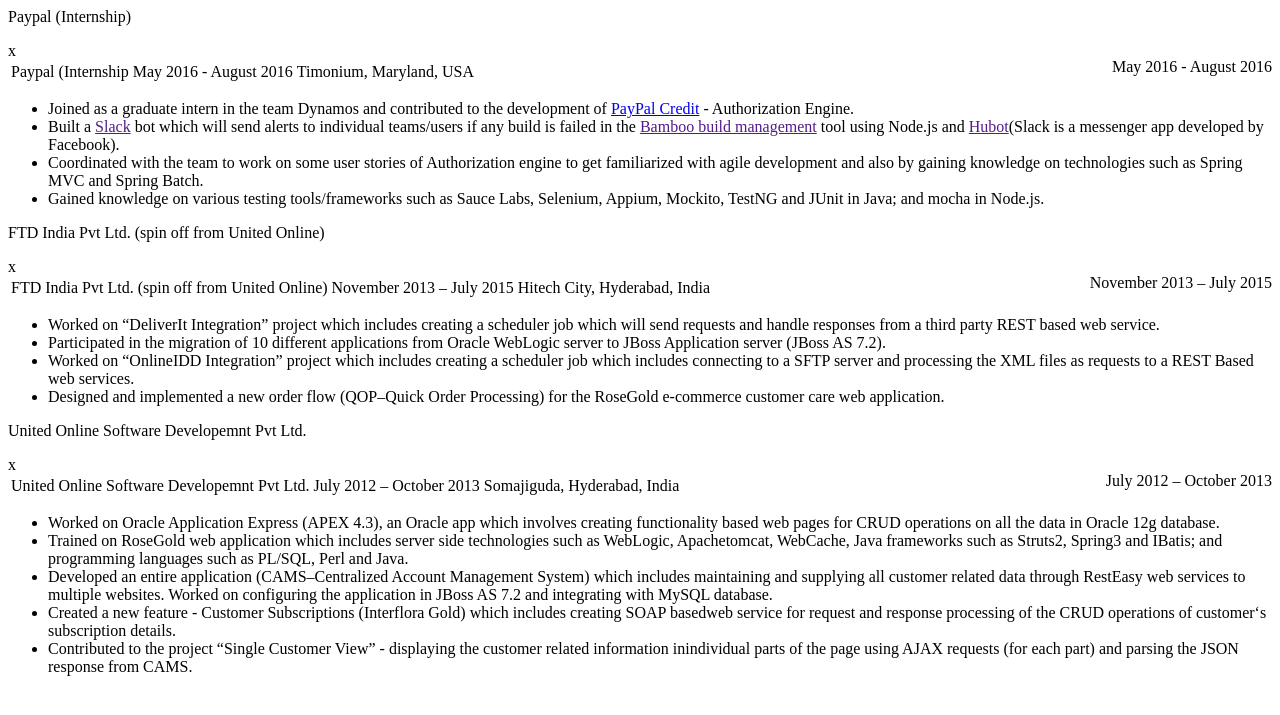
Repository: phanindrakannaji/Resume
Page: http://localhost/application/pages/experience.php
An editor plug-in stored every save of this project. The page is shown before and after the next save, followed by the edit.
The browser window is 1280 px wide. The pictures show the whole page.
The page is run by PHP 8.4 with error messages shown; the project is at /var/www/html/.

Above is the page before, as saved 2016-09-25 17:08:28.
Console error: ReferenceError: $ is not defined

### Resume/application/pages/experience.php
<script type="text/javascript"
	src="../resources/scripts/refreshScript.js"></script>
<div class="divExperience customfont2">
	<div class="divExperienceHeading">
		<p class="expHeading">Paypal (Internship)</p>
		<p class="expHeadingContent" style="float: right;">May 2016 - August
			2016</p>
	</div>
	<div class="divExperienceWork modal">
		<div class="modal-content">
			<span class="close">x</span>
			<table>
				<tr>
					<td>Paypal (Internship</td>
					<td>May 2016 - August 2016</td>
					<td>Timonium, Maryland, USA</td>
				</tr>
			</table>
			<ul>
				<li>Joined as a graduate intern in the team Dynamos and contributed
					to the development of <a
					href="https://en.wikipedia.org/wiki/PayPal_Credit" target="blank">PayPal
						Credit</a> - Authorization Engine.
				</li>
				<li>Built a <a href="" target="blank">Slack</a> bot which will send
					alerts to individual teams/users if any build is failed in the <a
					href="" target="blank">Bamboo build management</a> tool using
					Node.js and <a href="" target="blank">Hubot</a>(Slack is a
					messenger app developed by Facebook).
				</li>
				<li>Coordinated with the team to work on some user stories of
					Authorization engine to get familiarized with agile development and
					also by gaining knowledge on technologies such as Spring MVC and
					Spring Batch.</li>
				<li>Gained knowledge on various testing tools/frameworks such as
					Sauce Labs, Selenium, Appium, Mockito, TestNG and JUnit in Java;
					and mocha in Node.js.</li>
			</ul>
		</div>
	</div>
</div>

<div class="divExperience customfont2">
	<div class="divExperienceHeading">
		<p class="expHeading">FTD India Pvt Ltd. (spin off from United Online)</p>
		<p class="expHeadingContent" style="float: right;">November 2013 –
			July 2015</p>
	</div>
	<div class="divExperienceWork modal">
		<div class="modal-content">
			<span class="close">x</span>
			<table>
				<tr>
					<td>FTD India Pvt Ltd. (spin off from United Online)</td>
					<td>November 2013 – July 2015</td>
					<td>Hitech City, Hyderabad, India</td>
				</tr>
			</table>


			<ul>
				<li>Worked on “DeliverIt Integration” project which includes
					creating a scheduler job which will send requests and handle
					responses from a third party REST based web service.</li>
				<li>Participated in the migration of 10 different applications from
					Oracle WebLogic server to JBoss Application server (JBoss AS 7.2).</li>
				<li>Worked on “OnlineIDD Integration” project which includes
					creating a scheduler job which includes connecting to a SFTP server
					and processing the XML files as requests to a REST Based web
					services.</li>
				<li>Designed and implemented a new order flow (QOP–Quick Order
					Processing) for the RoseGold e-commerce customer care web
					application.</li>
			</ul>
		</div>
	</div>
</div>

<div class="divExperience customfont2">
	<div class="divExperienceHeading">
		<p class="expHeading">United Online Software Developemnt Pvt Ltd.</p>
		<p class="expHeadingContent" style="float: right;">July 2012 – October
			2013</p>
	</div>
	<div class="divExperienceWork modal">
		<div class="modal-content">
			<span class="close">x</span>
			<table>
				<tr>
					<td>United Online Software Developemnt Pvt Ltd.</td>
					<td>July 2012 – October 2013</td>
					<td>Somajiguda, Hyderabad, India</td>
				</tr>
			</table>
			<ul>
				<li>Worked on Oracle Application Express (APEX 4.3), an Oracle app
					which involves creating functionality based web pages for CRUD
					operations on all the data in Oracle 12g database.</li>
				<li>Trained on RoseGold web application which includes server side
					technologies such as WebLogic, Apachetomcat, WebCache, Java
					frameworks such as Struts2, Spring3 and IBatis; and programming
					languages such as PL/SQL, Perl and Java.</li>
				<li>Developed an entire application (CAMS–Centralized Account
					Management System) which includes maintaining and supplying all
					customer related data through RestEasy web services to multiple
					websites. Worked on configuring the application in JBoss AS 7.2 and
					integrating with MySQL database.</li>
				<li>Created a new feature - Customer Subscriptions (Interflora Gold)
					which includes creating SOAP basedweb service for request and
					response processing of the CRUD operations of customer‘s
					subscription details.</li>
				<li>Contributed to the project “Single Customer View” - displaying
					the customer related information inindividual parts of the page
					using AJAX requests (for each part) and parsing the JSON response
					from CAMS.</li>
			</ul>
		</div>
	</div>
</div>
<script type="text/javascript" src="../resources/scripts/experience.js"></script>

### Resume/resources/scripts/refreshScript.js
$(document).ready(function(){
	$("#commandInput").keypress(function(e){
		keypressInBox(e);
	});
	$("#commandInput").focus();
})

### Resume/resources/scripts/experience.js
$(document).ready(function(){
	$('.divExperienceHeading').click(function(){
		$(this).parent().children().last().css("display", "block");
	});
	var span = $(".close")[0];
	$(".close").click(function() {
	    $(this).parent().parent().css("display", "none");
	});
});

After the next save:
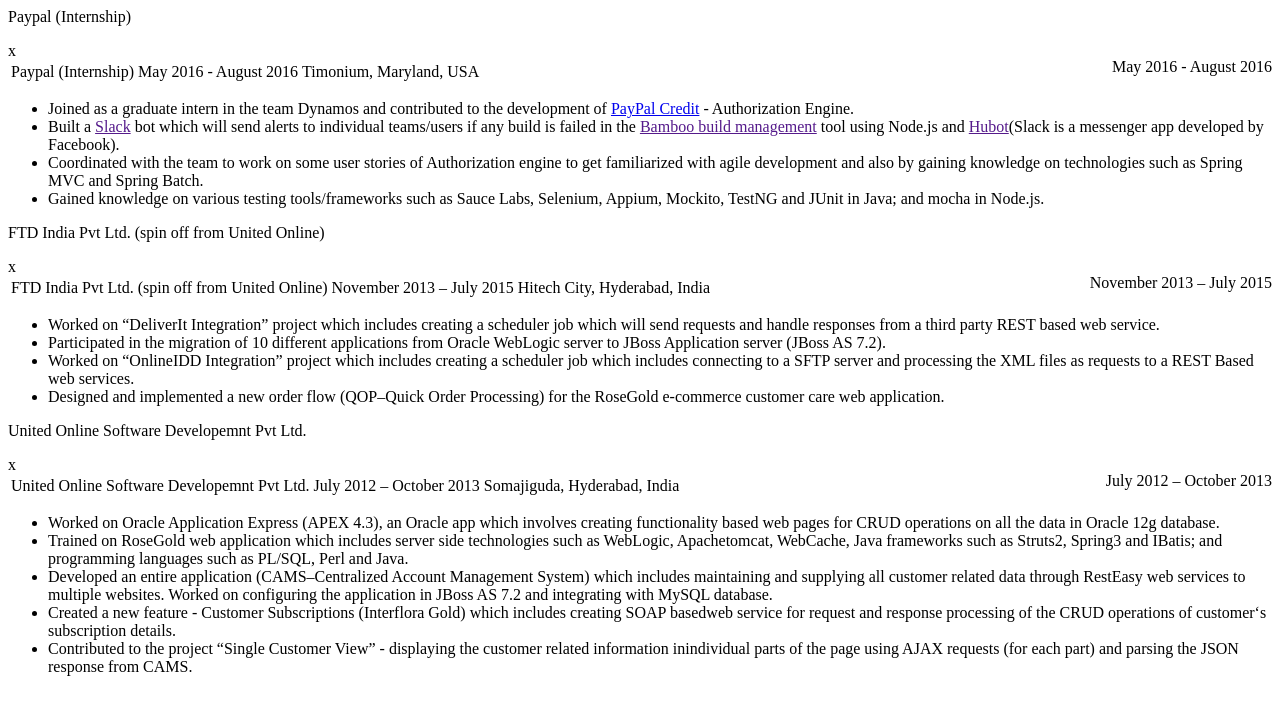
Saved 7 s later.
--- a/Resume/application/pages/experience.php
+++ b/Resume/application/pages/experience.php
@@ -11,7 +11,7 @@
 			<span class="close">x</span>
 			<table>
 				<tr>
-					<td>Paypal (Internship</td>
+					<td>Paypal (Internship)</td>
 					<td>May 2016 - August 2016</td>
 					<td>Timonium, Maryland, USA</td>
 				</tr>
